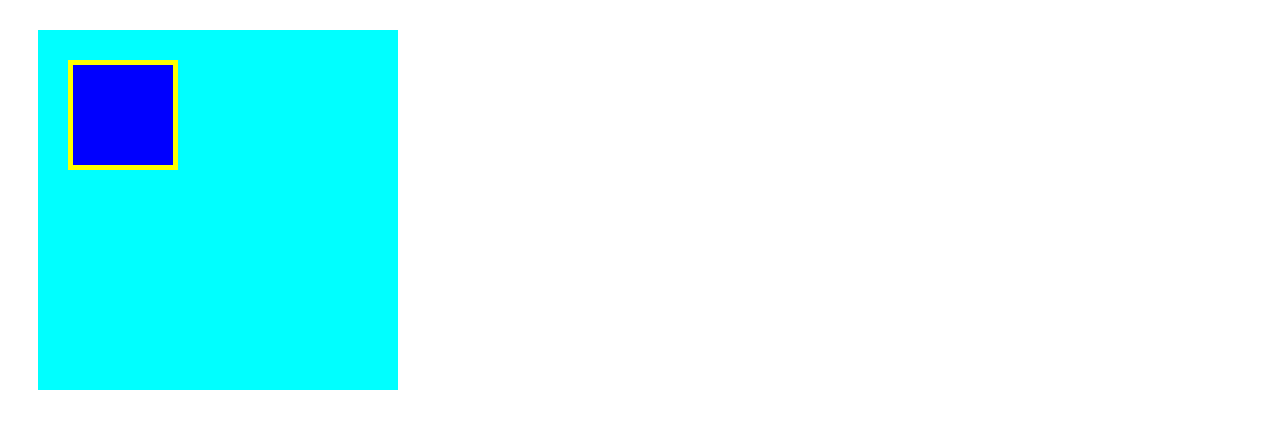
Repository: katayama-Web/html-practice
Page: box/box.html
The author's editor kept a record of every edit. The page is drawn from the files as they stood at one moment, then again after the next edit.
The browser window is 1280 px wide. The pictures show the whole page.

Above is the page before.

### box/box.html
<!DOCTYPE html>
<htmk lang="ja">
  <head>
    <meta charset="UTF=8"/>
    <!--CSSファイルの読み込み-->
    <link rel="stylesheet"href="box.css"/>
    <title>BOX</title>
  </head>

  <body>
    <!--box用のdiv-->
    <div class="box1">
      <div class="box2"></div>
    <div>
  </body>
</htmk>

### box/box.css
.box1 {
  width: 300px;
  height: 300px;
  background-color: #00FFFF;
  margin: 30px;
  padding: 30px;
}

.box2 {
  width: 100px;
  height: 100px;
  background-color: blue;
  /* 指定方法 (box2の周囲すべてに枠線を設定する場合) */
  border: 5px solid yellow;
}

After the next edit:
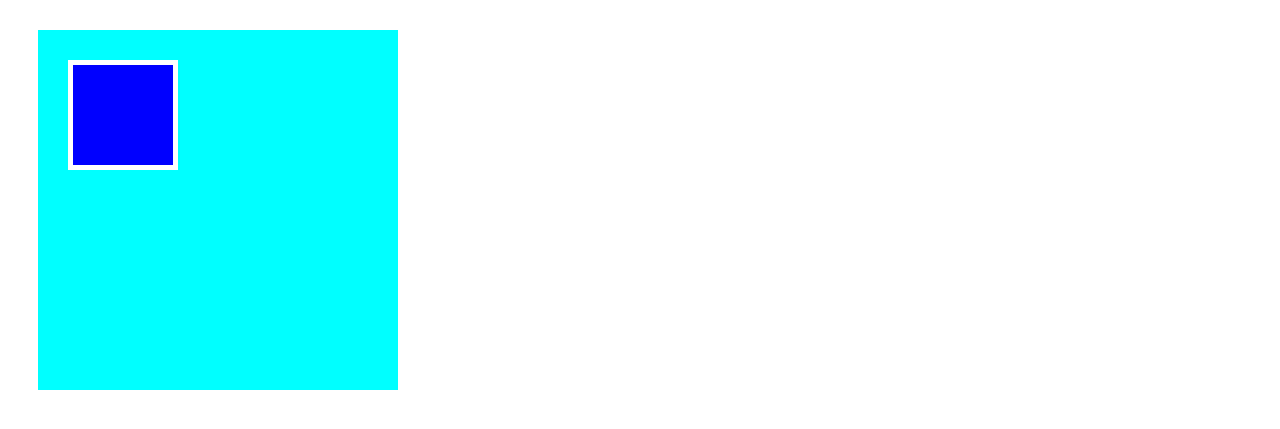
The edit:
--- a/box/box.css
+++ b/box/box.css
@@ -11,5 +11,5 @@
   height: 100px;
   background-color: blue;
   /* 指定方法 (box2の周囲すべてに枠線を設定する場合) */
-  border: 5px solid yellow;
+  border: 5px solid #FFFFFF;
 }
